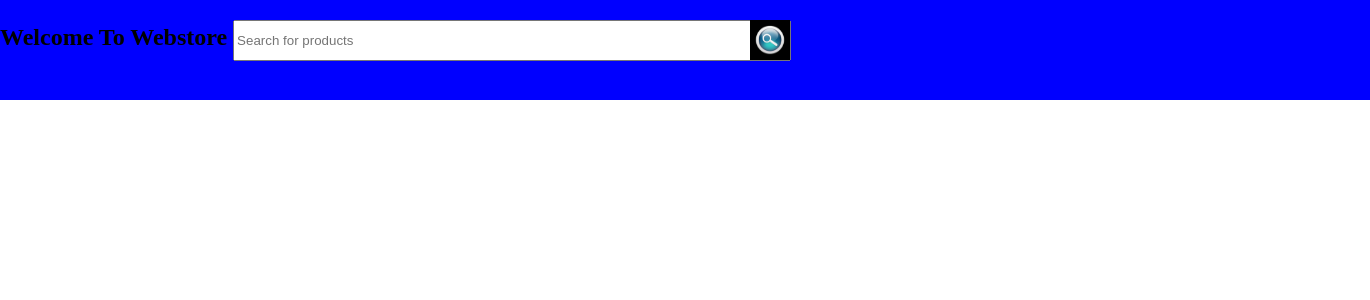
Repository: sourogithub/Final-yr-project-using-j2ee
Page: http://localhost/Webstore/JSP Pages/Front.jsp
The author's editor kept a copy of each file at every save. The page is drawn from the files as they stood at one save, then again after the next save.
The browser window is 1280 px wide. The page is 1370 px wide, so the pictures cover 1370 px, including what lies to the right of the window. The pictures show the whole page.
The page is served by Tomcat 9.

Above is the page before, as saved 2017-04-11 09:00:03.

### Webstore/WebContent/JSP Pages/Front.jsp
<%@ page language="java" contentType="text/html; charset=ISO-8859-1"
    pageEncoding="ISO-8859-1"%>
<!DOCTYPE html PUBLIC "-//W3C//DTD HTML 4.01 Transitional//EN" "http://www.w3.org/TR/html4/loose.dtd">
<html>
<head>
<meta http-equiv="Content-Type" content="text/html; charset=ISO-8859-1">
<title>Insert title here</title>
</head>
<body style="margin:0">
<div id="top"  style="background:blue; height:100px;position:absolute;top:0px;width:1370px;">
<h2>Welcome To Webstore
<input type="text" placeholder="Search for products" required style="border-width:2;width:550px;height:35px">
<a><img src="../images/search-images-17.jpg" height="40px" width="40px" style="position:absolute;right:580px"></a>
</h2>
</div>
</body>
</html>

After the next save:
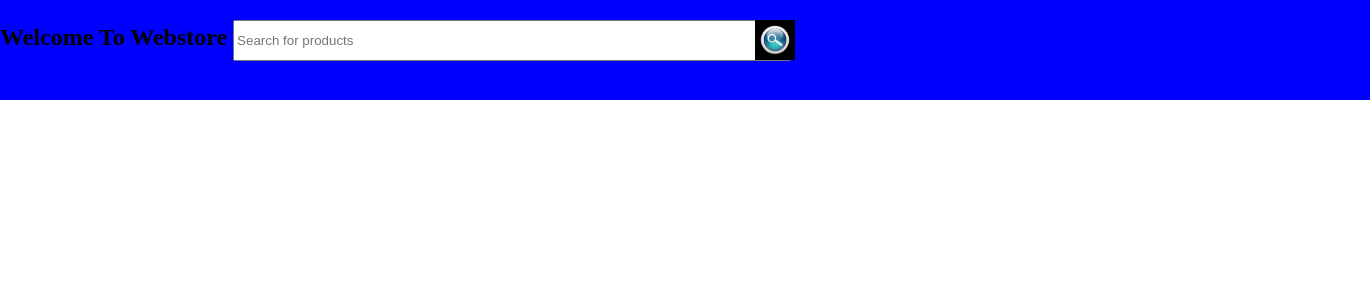
Saved 10 s later.
--- a/Webstore/WebContent/JSP Pages/Front.jsp
+++ b/Webstore/WebContent/JSP Pages/Front.jsp
@@ -10,7 +10,7 @@
 <div id="top"  style="background:blue; height:100px;position:absolute;top:0px;width:1370px;">
 <h2>Welcome To Webstore
 <input type="text" placeholder="Search for products" required style="border-width:2;width:550px;height:35px">
-<a><img src="../images/search-images-17.jpg" height="40px" width="40px" style="position:absolute;right:580px"></a>
+<a><img src="../images/search-images-17.jpg" height="40px" width="40px" style="position:absolute;right:575px"></a>
 </h2>
 </div>
 </body>
